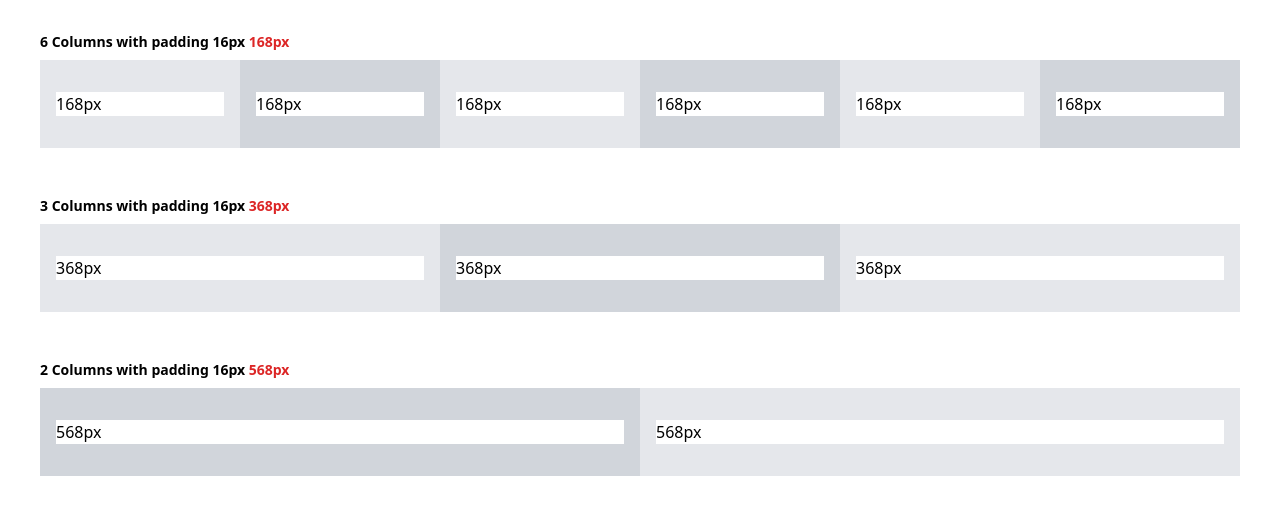
Repository: fabianwurk/vue-tailwind
Page: /
The author's editor kept a copy of each file at every save. The page is drawn from the files as they stood at one save, then again after the next save.
The browser window is 1280 px wide. The pictures show the whole page.
The project was rebuilt for these pictures with package versions that can differ from the ones it lists, and the page was loaded fresh each time. Also part of the build but not shown: vite.config.js.

Above is the page before, as saved 2021-03-15 23:55:55.

### src/App.vue
<template>
  <Tail />
  <!-- <Wind /> -->
</template>

<script setup>
import Tail from './components/Tail.vue';
// import Wind from './components/Wind.vue';

</script>

### src/components/Tail.vue
<template>
  <div>

  <div class="container mx-auto">
    <h2 class="text-sm font-bold mb-2 mt-8">6 Columns with padding 16px <span class="text-red-600">{{ sixCol }}</span></h2>
    <div class="flex items-center">
      <div class="w-1/6 bg-gray-200 mb-4 mt-0 py-8 px-4">
        <span class="bg-white w-full block">{{ sixCol }}</span>
      </div>
      <div class="w-1/6 bg-gray-300 mb-4 mt-0 py-8 px-4">
        <span class="bg-white w-full block">{{ sixCol }}</span>
      </div>
      <div class="w-1/6 bg-gray-200 mb-4 mt-0 py-8 px-4">
        <span class="bg-white w-full block">{{ sixCol }}</span>
      </div>
      <div class="w-1/6 bg-gray-300 mb-4 mt-0 py-8 px-4">
        <span class="bg-white w-full block">{{ sixCol }}</span>
      </div>
      <div class="w-1/6 bg-gray-200 mb-4 mt-0 py-8 px-4">
        <span class="bg-white w-full block">{{ sixCol }}</span>
      </div>
      <div class="w-1/6 bg-gray-300 mb-4 mt-0 py-8 px-4">
        <span class="bg-white w-full block">{{ sixCol }}</span>
      </div>
    </div>
  </div>

  <div class="container mx-auto">
    <h2 class="text-sm font-bold mb-2 mt-8">3 Columns with padding 16px <span class="text-red-600">{{ threeCol }}</span></h2>
    <div class="flex items-center">
      <div class="w-1/3 bg-gray-200 mb-4 mt-0 py-8 px-4">
        <span class="bg-white w-full block">{{ threeCol }}</span>
      </div>
      <div class="w-1/3 bg-gray-300 mb-4 mt-0 py-8 px-4">
        <span class="bg-white w-full block">{{ threeCol }}</span>
      </div>
      <div class="w-1/3 bg-gray-200 mb-4 mt-0 py-8 px-4">
        <span class="bg-white w-full block">{{ threeCol }}</span>
      </div>
    </div>
  </div>

  <div class="container mx-auto">
    <h2 class="text-sm font-bold mb-2 mt-8">2 Columns with padding 16px <span class="text-red-600">{{ twoCol }}</span></h2>
    <div class="flex items-center">
      <div class="w-1/2 bg-gray-300 mb-4 mt-0 py-8 px-4">
        <span class="bg-white w-full block">{{ twoCol }}</span>
      </div>
      <div class="w-1/2 bg-gray-200 mb-4 mt-0 py-8 px-4">
        <span class="bg-white w-full block">{{ twoCol }}</span>
      </div>
    </div>
  </div>

  </div>
</template>

<script>
export default {
  data() {
    return {
      sixCol: "168px",
      threeCol: "368px",
      twoCol: "568px",
    };
  },
}
</script>

### tailwind.config.js
module.exports = {
  purge: ['./index.html', './src/**/*.{vue,js,ts,jsx,tsx}'],
  darkMode: false, // or 'media' or 'class'
  theme: {
    extend: {
      screens: {
        'xl': {'min': '1200px', 'max': '1280px'},
        '2xl': {'max': '1280px'},
      },
    },
  },
  variants: {
    extend: {},
  },
  plugins: [],
}

Loaded but not shown: index.html (common file); src/main.js (common file); src/index.css (common file)

After the next save:
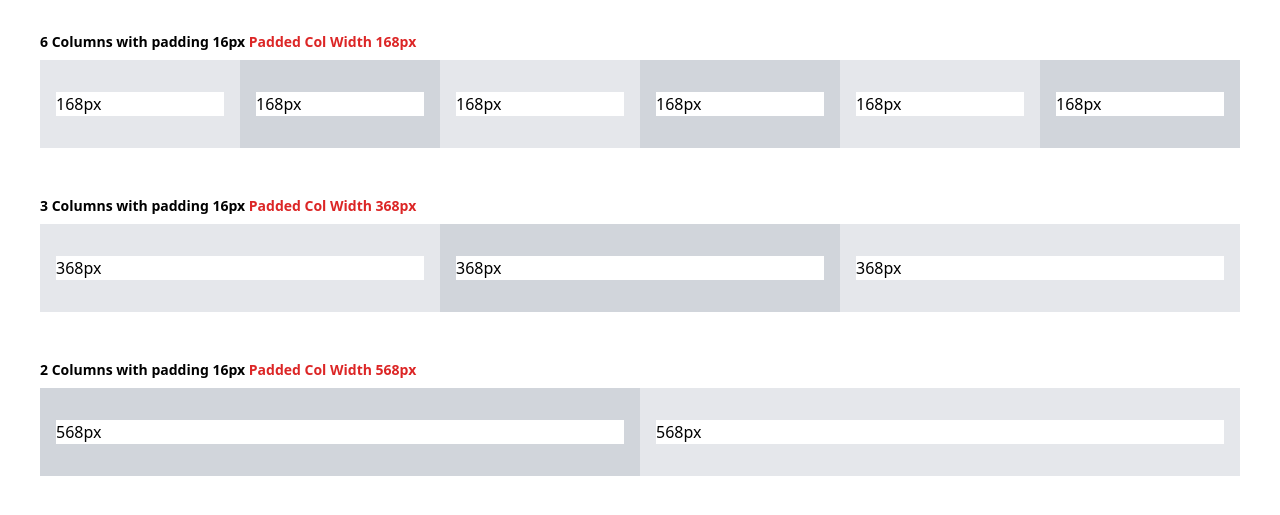
Saved 35 s later.
--- a/src/components/Tail.vue
+++ b/src/components/Tail.vue
@@ -2,7 +2,7 @@
   <div>
 
   <div class="container mx-auto">
-    <h2 class="text-sm font-bold mb-2 mt-8">6 Columns with padding 16px <span class="text-red-600">{{ sixCol }}</span></h2>
+    <h2 class="text-sm font-bold mb-2 mt-8">6 Columns with padding 16px <span class="text-red-600">Padded Col Width {{ sixCol }}</span></h2>
     <div class="flex items-center">
       <div class="w-1/6 bg-gray-200 mb-4 mt-0 py-8 px-4">
         <span class="bg-white w-full block">{{ sixCol }}</span>
@@ -26,7 +26,7 @@
   </div>
 
   <div class="container mx-auto">
-    <h2 class="text-sm font-bold mb-2 mt-8">3 Columns with padding 16px <span class="text-red-600">{{ threeCol }}</span></h2>
+    <h2 class="text-sm font-bold mb-2 mt-8">3 Columns with padding 16px <span class="text-red-600">Padded Col Width {{ threeCol }}</span></h2>
     <div class="flex items-center">
       <div class="w-1/3 bg-gray-200 mb-4 mt-0 py-8 px-4">
         <span class="bg-white w-full block">{{ threeCol }}</span>
@@ -41,7 +41,7 @@
   </div>
 
   <div class="container mx-auto">
-    <h2 class="text-sm font-bold mb-2 mt-8">2 Columns with padding 16px <span class="text-red-600">{{ twoCol }}</span></h2>
+    <h2 class="text-sm font-bold mb-2 mt-8">2 Columns with padding 16px <span class="text-red-600">Padded Col Width {{ twoCol }}</span></h2>
     <div class="flex items-center">
       <div class="w-1/2 bg-gray-300 mb-4 mt-0 py-8 px-4">
         <span class="bg-white w-full block">{{ twoCol }}</span>
